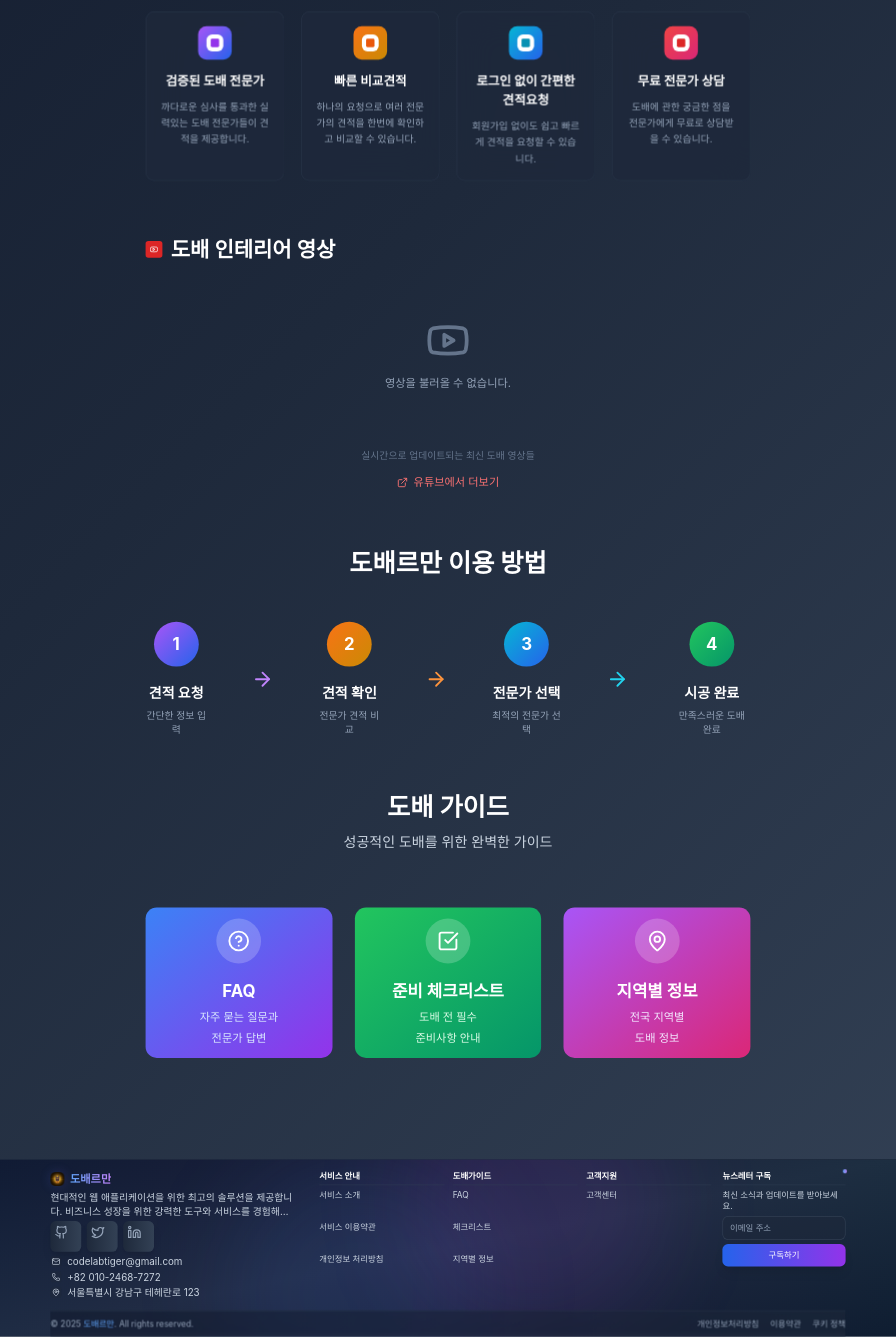
Repository: rambozzang/doberman_nextjs
Page: /
These files come from the project's save history. The page is drawn as it stood at one moment and after the next save; the edit follows.
The browser window is 1280 px wide. The pictures show the part of the page from y = 1345 to 3265 px (the page is 3255 px tall before and 3265 px after), at 70% of full size.
The page's requests for data from a server got no answer. The project was rebuilt for these pictures with package versions that can differ from the ones it lists, and the page was loaded fresh each time. The framework's server and built-in components were replaced by stand-ins that run in the browser. No one was signed in, and anything a server would have sent is missing. Also part of the build but not shown: next.config.mjs, next.config.ts, src/components/AutoLogoutWarning.tsx, src/components/ForgotPasswordModal.tsx, src/components/LoginModal.tsx, src/components/RegisterModal.tsx.

Above is the page before, as saved 2025-06-28 02:23:13.

### src/components/Footer.tsx
"use client";

import React, { useState } from "react";
import Link from "next/link";
import { motion, AnimatePresence } from "framer-motion";
import { Github, Twitter, Linkedin, Mail, Phone, MapPin, ChevronDown } from "lucide-react";

import Image from "next/image";

interface FooterLink {
  title: string;
  href: string;
}

interface FooterSection {
  title: string;
  links: FooterLink[];
}

interface SocialLink {
  name: string;
  href: string;
  icon: React.ReactNode;
}

interface FooterProps {
  logo?: string;
  description?: string;
  sections?: FooterSection[];
  socialLinks?: SocialLink[];
  contactInfo?: {
    email?: string;
    phone?: string;
    address?: string;
  };
  showNewsletter?: boolean;
}

const defaultSections: FooterSection[] = [
  {
    title: "서비스 안내",
    links: [
      { title: "서비스 소개", href: "/service-intro" },
      { title: "서비스 이용약관", href: "/terms-of-service" },
      { title: "개인정보 처리방침", href: "/privacy-policy" },
    ],
  },
  {
    title: "도배가이드",
    links: [
      { title: "FAQ", href: "/faq" },
      { title: "체크리스트", href: "/checklist" },
      { title: "지역별 정보", href: "/regional-guide" },
    ],
  },
  {
    title: "고객지원",
    links: [{ title: "고객센터", href: "/customer-support" }],
  },
];

const defaultSocialLinks: SocialLink[] = [
  {
    name: "GitHub",
    href: "https://github.com",
    icon: <Github className="w-5 h-5" />,
  },
  {
    name: "Twitter",
    href: "https://twitter.com",
    icon: <Twitter className="w-5 h-5" />,
  },
  {
    name: "LinkedIn",
    href: "https://linkedin.com",
    icon: <Linkedin className="w-5 h-5" />,
  },
];

const Footer: React.FC<FooterProps> = ({
  logo = "도배르만",
  description = "현대적인 웹 애플리케이션을 위한 최고의 솔루션을 제공합니다. 비즈니스 성장을 위한 강력한 도구와 서비스를 경험해보세요.",
  sections = defaultSections,
  socialLinks = defaultSocialLinks,
  contactInfo = {
    email: "codelabtiger@gmail.com",
    phone: "+82 010-2468-7272",
    address: "서울특별시 강남구 테헤란로 123",
  },
  showNewsletter = true,
}) => {
  // 모바일 아코디언 상태 관리
  const [expandedSections, setExpandedSections] = useState<Record<string, boolean>>({});

  // 아코디언 토글 함수
  const toggleSection = (sectionTitle: string) => {
    setExpandedSections(prev => ({
      ...prev,
      [sectionTitle]: !prev[sectionTitle]
    }));
  };

  const handleNewsletterSubmit = (e: React.FormEvent) => {
    e.preventDefault();
    // 뉴스레터 구독 로직
    console.log("뉴스레터 구독");
  };

  return (
    <footer className="relative bg-gradient-to-br from-slate-900 via-slate-800 to-slate-900 border-t border-slate-700/50 overflow-hidden">
      {/* Background Effects */}
      <div className="absolute inset-0 bg-gradient-to-r from-blue-600/5 via-purple-600/5 to-cyan-600/5"></div>
      <div className="absolute top-0 left-1/4 w-96 h-96 bg-blue-500/10 rounded-full blur-3xl"></div>
      <div className="absolute bottom-0 right-1/4 w-96 h-96 bg-purple-500/10 rounded-full blur-3xl"></div>

      <div className="relative container mx-auto px-4 sm:px-6 lg:px-8">
        {/* Main Footer Content */}
        <div className="py-3 sm:py-4 lg:py-4">
          <div className="grid grid-cols-1 md:grid-cols-2 lg:grid-cols-12 gap-2 sm:gap-3 lg:gap-4">
            {/* Company Info */}
            <div className="md:col-span-2 lg:col-span-4 space-y-1 sm:space-y-2 lg:space-y-1">
              <motion.div
                initial={{ opacity: 0, y: 20 }}
                whileInView={{ opacity: 1, y: 0 }}
                transition={{ duration: 0.5 }}
                viewport={{ once: true }}
              >
                <Link href="/" className="flex items-center space-x-2 mb-1 sm:mb-2 lg:mb-1 group">
                  <div className="relative">
                    <div className="absolute inset-0 bg-gradient-to-r from-blue-500 to-purple-500 rounded-lg blur opacity-20 group-hover:opacity-40 transition-opacity"></div>
                    <Image src="/logo.png" alt="logo" width={20} height={20} className="relative sm:w-6 sm:h-6 lg:w-5 lg:h-5" />
                  </div>
                  <span className="text-base sm:text-lg lg:text-base font-bold bg-gradient-to-r from-blue-400 to-purple-400 bg-clip-text text-transparent">{logo}</span>
                </Link>
                <p className="text-slate-300 text-sm sm:text-base lg:text-sm leading-snug pr-4 line-clamp-2">
                  {description}
                </p>
              </motion.div>

              {/* Social Links */}
              <motion.div
                initial={{ opacity: 0, y: 20 }}
                whileInView={{ opacity: 1, y: 0 }}
                transition={{ duration: 0.5, delay: 0.1 }}
                viewport={{ once: true }}
                className="flex space-x-2 sm:space-x-3 lg:space-x-2"
              >
                {socialLinks.map((social) => (
                  <motion.a
                    key={social.name}
                    href={social.href}
                    target="_blank"
                    rel="noopener noreferrer"
                    whileHover={{ scale: 1.1, y: -2 }}
                    whileTap={{ scale: 0.95 }}
                    className="relative p-1.5 sm:p-2 lg:p-1.5 rounded-lg bg-gradient-to-r from-slate-800 to-slate-700 text-slate-400 hover:text-white hover:from-blue-600 hover:to-purple-600 transition-all duration-300 shadow-lg hover:shadow-xl touch-target group"
                    aria-label={social.name}
                  >
                    <div className="absolute inset-0 bg-gradient-to-r from-blue-600 to-purple-600 rounded-lg opacity-0 group-hover:opacity-20 transition-opacity"></div>
                    <div className="relative w-3 h-3 sm:w-4 sm:h-4 lg:w-3 lg:h-3">
                      {social.icon}
                    </div>
                  </motion.a>
                ))}
              </motion.div>

              {/* Contact Info */}
              {contactInfo && (
                <motion.div
                  initial={{ opacity: 0, y: 20 }}
                  whileInView={{ opacity: 1, y: 0 }}
                  transition={{ duration: 0.5, delay: 0.2 }}
                  viewport={{ once: true }}
                  className="space-y-0.5 sm:space-y-1 lg:space-y-0.5"
                >
                  {contactInfo.email && (
                    <div className="flex items-center space-x-1.5 sm:space-x-2 text-xs sm:text-sm text-slate-300 hover:text-blue-400 transition-colors">
                      <div className="p-0.5 rounded bg-slate-800/50">
                        <Mail className="w-2.5 h-2.5 sm:w-3 sm:h-3 flex-shrink-0" />
                      </div>
                      <span className="break-all">{contactInfo.email}</span>
                    </div>
                  )}
                  {contactInfo.phone && (
                    <div className="flex items-center space-x-1.5 sm:space-x-2 text-xs sm:text-sm text-slate-300 hover:text-blue-400 transition-colors">
                      <div className="p-0.5 rounded bg-slate-800/50">
                        <Phone className="w-2.5 h-2.5 sm:w-3 sm:h-3 flex-shrink-0" />
                      </div>
                      <span>{contactInfo.phone}</span>
                    </div>
                  )}
                  {contactInfo.address && (
                    <div className="flex items-start space-x-1.5 sm:space-x-2 text-xs sm:text-sm text-slate-300 hover:text-blue-400 transition-colors">
                      <div className="p-0.5 rounded bg-slate-800/50 mt-0.5">
                        <MapPin className="w-2.5 h-2.5 sm:w-3 sm:h-3 flex-shrink-0" />
                      </div>
                      <span className="leading-snug">{contactInfo.address}</span>
                    </div>
                  )}
                </motion.div>
              )}
            </div>

            {/* Footer Links */}
            <div className="md:col-span-2 lg:col-span-6">
              {/* 데스크톱 버전 - 기존 그리드 */}
              <div className="hidden md:grid grid-cols-3 gap-2 sm:gap-3 lg:gap-3">
                {sections.map((section, index) => (
                  <motion.div
                    key={section.title}
                    initial={{ opacity: 0, y: 20 }}
                    whileInView={{ opacity: 1, y: 0 }}
                    transition={{ duration: 0.5, delay: index * 0.1 }}
                    viewport={{ once: true }}
                    className="space-y-1 sm:space-y-1.5 lg:space-y-1"
                  >
                    <h3 className="text-xs sm:text-sm lg:text-xs font-semibold text-white border-b border-slate-700/50 pb-1">
                      {section.title}
                    </h3>
                    <ul className="space-y-0.5 sm:space-y-1 lg:space-y-0.5">
                      {section.links.map((link) => (
                        <li key={link.title}>
                          <Link
                            href={link.href}
                            className="text-xs sm:text-sm lg:text-xs text-slate-300 hover:text-blue-400 hover:translate-x-1 transition-all duration-200 block py-0.5 lg:py-0.5 touch-target group"
                          >
                            <span className="relative">
                              {link.title}
                              <span className="absolute bottom-0 left-0 w-0 h-px bg-gradient-to-r from-blue-400 to-purple-400 group-hover:w-full transition-all duration-300"></span>
                            </span>
                          </Link>
                        </li>
                      ))}
                    </ul>
                  </motion.div>
                ))}
              </div>

              {/* 모바일 버전 - 아코디언 */}
              <div className="md:hidden space-y-1">
                {sections.map((section, index) => (
                  <motion.div
                    key={section.title}
                    initial={{ opacity: 0, y: 20 }}
                    whileInView={{ opacity: 1, y: 0 }}
                    transition={{ duration: 0.5, delay: index * 0.1 }}
                    viewport={{ once: true }}
                    className="border border-slate-600/30 rounded-lg bg-gradient-to-r from-slate-800/40 to-slate-700/40 backdrop-blur-sm overflow-hidden shadow-lg"
                  >
                    {/* 아코디언 헤더 */}
                    <button
                      onClick={() => toggleSection(section.title)}
                      className="w-full flex items-center justify-between p-2.5 text-left hover:bg-slate-700/30 transition-all duration-200 touch-target group"
                    >
                      <h3 className="text-xs font-semibold text-white group-hover:text-blue-400 transition-colors">
                        {section.title}
                      </h3>
                      <motion.div
                        animate={{ rotate: expandedSections[section.title] ? 180 : 0 }}
                        transition={{ duration: 0.2 }}
                        className="text-slate-400 group-hover:text-blue-400 transition-colors"
                      >
                        <ChevronDown className="w-3 h-3" />
                      </motion.div>
                    </button>

                    {/* 아코디언 컨텐츠 */}
                    <AnimatePresence>
                      {expandedSections[section.title] && (
                        <motion.div
                          initial={{ height: 0, opacity: 0 }}
                          animate={{ height: "auto", opacity: 1 }}
                          exit={{ height: 0, opacity: 0 }}
                          transition={{ duration: 0.3, ease: "easeInOut" }}
                          className="overflow-hidden"
                        >
                          <div className="px-2.5 pb-2.5 border-t border-slate-600/30 bg-gradient-to-b from-transparent to-slate-800/20">
                            <ul className="space-y-0.5 pt-2">
                              {section.links.map((link) => (
                                <motion.li
                                  key={link.title}
                                  initial={{ opacity: 0, x: -10 }}
                                  animate={{ opacity: 1, x: 0 }}
                                  transition={{ duration: 0.2 }}
                                >
                                  <Link
                                    href={link.href}
                                    className="text-xs text-slate-300 hover:text-blue-400 hover:translate-x-1 transition-all duration-200 block py-1 px-2 rounded hover:bg-slate-700/30 touch-target group"
                                  >
                                    <span className="relative">
                                      {link.title}
                                      <span className="absolute bottom-0 left-0 w-0 h-px bg-gradient-to-r from-blue-400 to-purple-400 group-hover:w-full transition-all duration-300"></span>
                                    </span>
                                  </Link>
                                </motion.li>
                              ))}
                            </ul>
                          </div>
                        </motion.div>
                      )}
                    </AnimatePresence>
                  </motion.div>
                ))}
              </div>
            </div>

            {/* Newsletter */}
            {showNewsletter && (
              <div className="md:col-span-2 lg:col-span-2">
                <motion.div
                  initial={{ opacity: 0, y: 20 }}
                  whileInView={{ opacity: 1, y: 0 }}
                  transition={{ duration: 0.5, delay: 0.3 }}
                  viewport={{ once: true }}
                  className="space-y-1.5 lg:space-y-1.5"
                >
                  <div className="relative">
                    <h3 className="text-xs sm:text-sm lg:text-xs font-semibold text-white border-b border-slate-700/50 pb-1">
                      뉴스레터 구독
                    </h3>
                    <div className="absolute -top-0.5 -right-0.5 w-1.5 h-1.5 bg-gradient-to-r from-blue-400 to-purple-400 rounded-full animate-pulse"></div>
                  </div>
                  <p className="text-xs sm:text-sm lg:text-xs text-slate-300">
                    최신 소식과 업데이트를 받아보세요.
                  </p>
                  <form onSubmit={handleNewsletterSubmit} className="space-y-1.5 lg:space-y-1.5">
                    <div className="relative">
                      <input
                        type="email"
                        placeholder="이메일 주소"
                        className="w-full px-2.5 py-1.5 lg:px-2.5 lg:py-2 text-xs lg:text-xs bg-slate-800/50 border border-slate-600/50 rounded-lg focus:outline-none focus:ring-2 focus:ring-blue-500 focus:border-transparent text-white placeholder-slate-400 transition-all duration-200"
                        required
                      />
                      <div className="absolute inset-0 bg-gradient-to-r from-blue-600/20 to-purple-600/20 rounded-lg opacity-0 focus-within:opacity-100 transition-opacity pointer-events-none"></div>
                    </div>
                    <motion.button
                      type="submit"
                      whileHover={{ scale: 1.02 }}
                      whileTap={{ scale: 0.98 }}
                      className="w-full px-2.5 py-1.5 lg:px-2.5 lg:py-2 text-xs lg:text-xs bg-gradient-to-r from-blue-600 to-purple-600 text-white rounded-lg hover:from-blue-700 hover:to-purple-700 transition-all duration-200 shadow-lg hover:shadow-xl font-medium"
                    >
                      구독하기
                    </motion.button>
                  </form>
                </motion.div>
              </div>
            )}
          </div>
        </div>

        {/* Bottom Bar */}
        <motion.div
          initial={{ opacity: 0 }}
          whileInView={{ opacity: 1 }}
          transition={{ duration: 0.5, delay: 0.4 }}
          viewport={{ once: true }}
          className="py-2 lg:py-2.5 border-t border-slate-700/50 bg-gradient-to-r from-slate-900/50 to-slate-800/50 backdrop-blur-sm"
        >
          <div className="flex flex-col md:flex-row justify-between items-center space-y-1 md:space-y-0">
            <div className="text-xs sm:text-sm lg:text-xs text-slate-400">
              © {new Date().getFullYear()} <span className="text-blue-400 font-medium">{logo}</span>. All rights reserved.
            </div>
            <div className="flex space-x-3 lg:space-x-4">
              <Link
                href="/privacy"
                className="text-xs sm:text-sm lg:text-xs text-slate-400 hover:text-blue-400 transition-colors relative group"
              >
                개인정보처리방침
                <span className="absolute bottom-0 left-0 w-0 h-px bg-gradient-to-r from-blue-400 to-purple-400 group-hover:w-full transition-all duration-300"></span>
              </Link>
              <Link
                href="/terms"
                className="text-xs sm:text-sm lg:text-xs text-slate-400 hover:text-blue-400 transition-colors relative group"
              >
                이용약관
                <span className="absolute bottom-0 left-0 w-0 h-px bg-gradient-to-r from-blue-400 to-purple-400 group-hover:w-full transition-all duration-300"></span>
              </Link>
              <Link
                href="/cookies"
                className="text-xs sm:text-sm lg:text-xs text-slate-400 hover:text-blue-400 transition-colors relative group"
              >
                쿠키 정책
                <span className="absolute bottom-0 left-0 w-0 h-px bg-gradient-to-r from-blue-400 to-purple-400 group-hover:w-full transition-all duration-300"></span>
              </Link>
            </div>
          </div>
        </motion.div>
      </div>
    </footer>
  );
};

export default Footer;

Loaded but not shown: tailwind.config.js (145 lines, source omitted); src/app/page.tsx (898 lines, source omitted); src/components/Header.tsx (549 lines, source omitted); src/app/globals.css (891 lines, source omitted); src/lib/api.ts (171 lines, source omitted); src/services/authService.ts (116 lines, source omitted); src/hooks/useAutoLogout.ts (132 lines, source omitted); src/providers/AuthProvider.tsx (116 lines, source omitted); src/lib/auth.ts (99 lines, source omitted); src/store/useStore.ts (38 lines, source omitted); src/components/AdSense.tsx (41 lines, source omitted); src/providers/GlobalProvider.tsx (33 lines, source omitted); src/providers/QueryProvider.tsx (25 lines, source omitted); src/services/youtubeService.ts (9 lines, source omitted); src/app/layout.tsx (264 lines, source omitted)

After the next save:
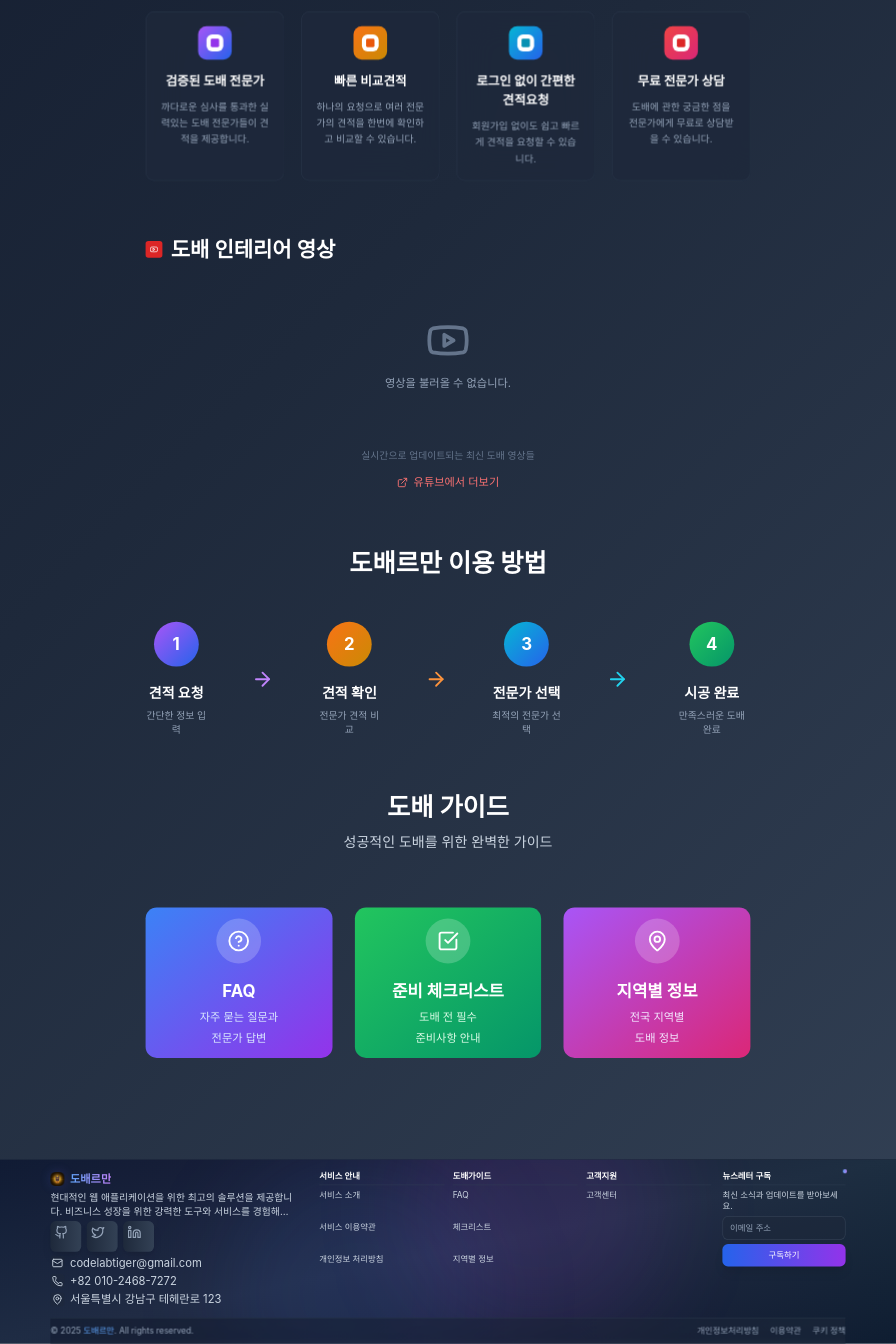
Saved 27 s later.
--- a/src/components/Footer.tsx
+++ b/src/components/Footer.tsx
@@ -174,25 +174,25 @@ const Footer: React.FC<FooterProps> = ({
                   className="space-y-0.5 sm:space-y-1 lg:space-y-0.5"
                 >
                   {contactInfo.email && (
-                    <div className="flex items-center space-x-1.5 sm:space-x-2 text-xs sm:text-sm text-slate-300 hover:text-blue-400 transition-colors">
+                    <div className="flex items-center space-x-1.5 sm:space-x-2 text-sm sm:text-base text-slate-300 hover:text-blue-400 transition-colors">
                       <div className="p-0.5 rounded bg-slate-800/50">
-                        <Mail className="w-2.5 h-2.5 sm:w-3 sm:h-3 flex-shrink-0" />
+                        <Mail className="w-3 h-3 sm:w-4 sm:h-4 flex-shrink-0" />
                       </div>
                       <span className="break-all">{contactInfo.email}</span>
                     </div>
                   )}
                   {contactInfo.phone && (
-                    <div className="flex items-center space-x-1.5 sm:space-x-2 text-xs sm:text-sm text-slate-300 hover:text-blue-400 transition-colors">
+                    <div className="flex items-center space-x-1.5 sm:space-x-2 text-sm sm:text-base text-slate-300 hover:text-blue-400 transition-colors">
                       <div className="p-0.5 rounded bg-slate-800/50">
-                        <Phone className="w-2.5 h-2.5 sm:w-3 sm:h-3 flex-shrink-0" />
+                        <Phone className="w-3 h-3 sm:w-4 sm:h-4 flex-shrink-0" />
                       </div>
                       <span>{contactInfo.phone}</span>
                     </div>
                   )}
                   {contactInfo.address && (
-                    <div className="flex items-start space-x-1.5 sm:space-x-2 text-xs sm:text-sm text-slate-300 hover:text-blue-400 transition-colors">
+                    <div className="flex items-start space-x-1.5 sm:space-x-2 text-sm sm:text-base text-slate-300 hover:text-blue-400 transition-colors">
                       <div className="p-0.5 rounded bg-slate-800/50 mt-0.5">
-                        <MapPin className="w-2.5 h-2.5 sm:w-3 sm:h-3 flex-shrink-0" />
+                        <MapPin className="w-3 h-3 sm:w-4 sm:h-4 flex-shrink-0" />
                       </div>
                       <span className="leading-snug">{contactInfo.address}</span>
                     </div>
